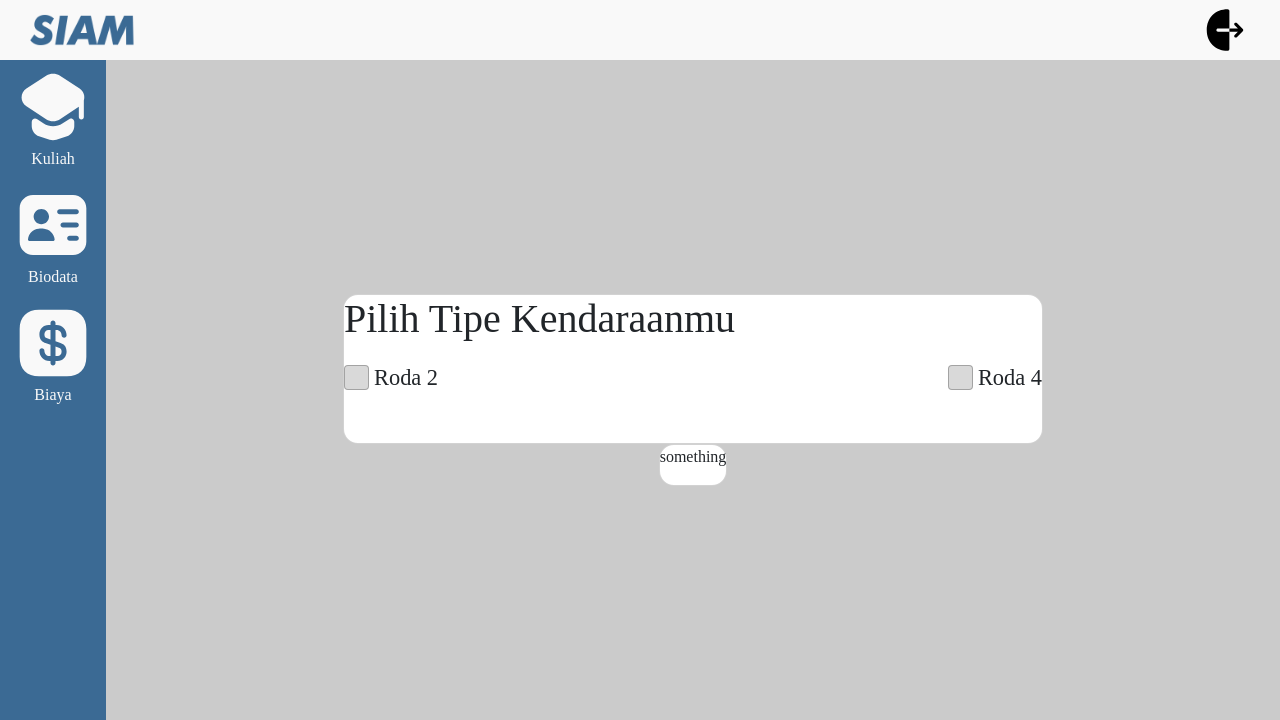
Repository: haikalirf/Project-IMK
Page: parkir.html
The author's editor kept a copy of each file at every save. The page is drawn from the files as they stood at one save, then again after the next save.
The browser window is 1280 px wide. The pictures show the whole page.
Some web fonts or font styles are not loaded; a fallback is used.

Above is the page before, as saved 2022-12-12 22:37:56.

### parkir.html
<!DOCTYPE html>
<html lang="en">
<head>
	<meta charset="UTF-8">
	<meta http-equiv="X-UA-Compatible" content="IE=edge">
	<meta name="viewport" content="width=device-width, initial-scale=1.0">
	<title>SIAM</title>
	<link rel="icon" href="/assets/logo_ub.ico">
	<link rel="stylesheet" href="https://cdn.jsdelivr.net/npm/bootstrap@5.2.3/dist/css/bootstrap.min.css" integrity="sha384-rbsA2VBKQhggwzxH7pPCaAqO46MgnOM80zW1RWuH61DGLwZJEdK2Kadq2F9CUG65" crossorigin="anonymous">
	<link rel="stylesheet" href="/styles/parkir.css">
</head>
<body>
	<nav class="navbar" id="navbar">
		<a class="navbar-brand" href="/kuliah.html">
			<img id="navbar-image" src="/assets/SIAM.png" alt="SIAM">
		</a>
		<a class="navbar-link" href="landing.html">
			<img id="navbar-image" src="/assets/Logout.svg" alt="Logout">
		</a>
	</nav>
	<div class="mh-100" id="sidebar">
		<a class="btn" href="">
			<img id="sidebar-kuliah" src="/assets/Kuliah Logo.svg" alt="Kuliah">
			<label for="sidebar-kuliah">Kuliah</label>
		</a>
		<a class="btn" href="">
			<img id="sidebar-biodata" src="/assets/Biodata Logo.svg" alt="Biodata">
			<label for="sidebar-biodata">Biodata</label>
		</a>
		<a class="btn" href="">
			<img id="sidebar-biaya" src="/assets/Biaya Logo.svg" alt="Biaya">
			<label for="sidebar-biaya">Biaya</label>
		</a>
	</div>
	<main>
		<div class="card" id="cardTop">
			<h1>Pilih Tipe Kendaraanmu</h1>
			<div class="d-flex justify-content-between" id="formRoda">
				<div class="form-check d-flex">
					<input class="form-check-input check-roda" type="checkbox" value="" id="checkRodaDua">
					<label class="form-check-label label-roda" for="checkRodaDua">
						Roda 2
					</label>
				</div>
				<div class="form-check d-flex">
					<input class="form-check-input check-roda" type="checkbox" value="" id="checkRodaEmpat">
					<label class="form-check-label label-roda" for="checkRodaEmpat">
						Roda 4
					</label>
				</div>
			</div>
		</div>
		<div class="card">
			<p>something</p>
		</div>
	</main>
	<script src="https://cdn.jsdelivr.net/npm/bootstrap@5.2.3/dist/js/bootstrap.bundle.min.js" integrity="sha384-kenU1KFdBIe4zVF0s0G1M5b4hcpxyD9F7jL+jjXkk+Q2h455rYXK/7HAuoJl+0I4" crossorigin="anonymous"></script>
</body>
</html>

### styles/parkir.css
/* CSS Reset */
/*
	Josh's Custom CSS Reset
	https://www.joshwcomeau.com/css/custom-css-reset/
*/
*, *::before, *::after {
	box-sizing: border-box;
}
  * {
	margin: 0;
}
html, body {
	height: 100%;
}
body {
	line-height: 1.5;
	-webkit-font-smoothing: antialiased;
}
img, picture, video, canvas, svg {
	display: block;
	max-width: 100%;
}
input, button, textarea, select {
	font: inherit;
}
p, h1, h2, h3, h4, h5, h6 {
	overflow-wrap: break-word;
}
#root, #__next {
	isolation: isolate;
}
/* CSS Reset ends */

body {
	background-color: #cbcbcb;
	font-family: 'readex';
	font-size: 16px;
}

@font-face {
	font-family: 'readex';
	src:url('/assets/fonts/ReadexPro-Medium.ttf');
}

#navbar {
	display: flex;
	justify-content: space-between;
	position: fixed;
	background-color: #f9f9f9;
	z-index: 1;
	width: 100%;
	padding: 0px 30px;
}

#navbar-image {
	height: 50px;
}

main {
	padding-top: 60px;
	padding-left: 106px;
	display: flex;
	flex-direction: column;
	justify-content: center;
	align-items: center;
	height: 100vh;
}

#sidebar {
	background-color: #3b6a94;
	display: flex;
	flex-direction: column;
	flex: 1;
	position: fixed;
	height: 100vh;
	padding-top: 60px;
}

#sidebar img {
	width: 80px;
	height: 80px;
}

a img, a label {
	color: #f9f9f9;
}

.card {
	border-radius: 15px;
}

#cardTop {
	width: 700px;
	height: 150px;
}

#formRoda {
	padding: 10px 0px;
}

.check-roda {
	width: 25px;
	height: 25px;
	background-color: #D9D9D9;
}

.label-roda {
	margin-left: 5px;
	font-size: 1.4em;
}

After the next save:
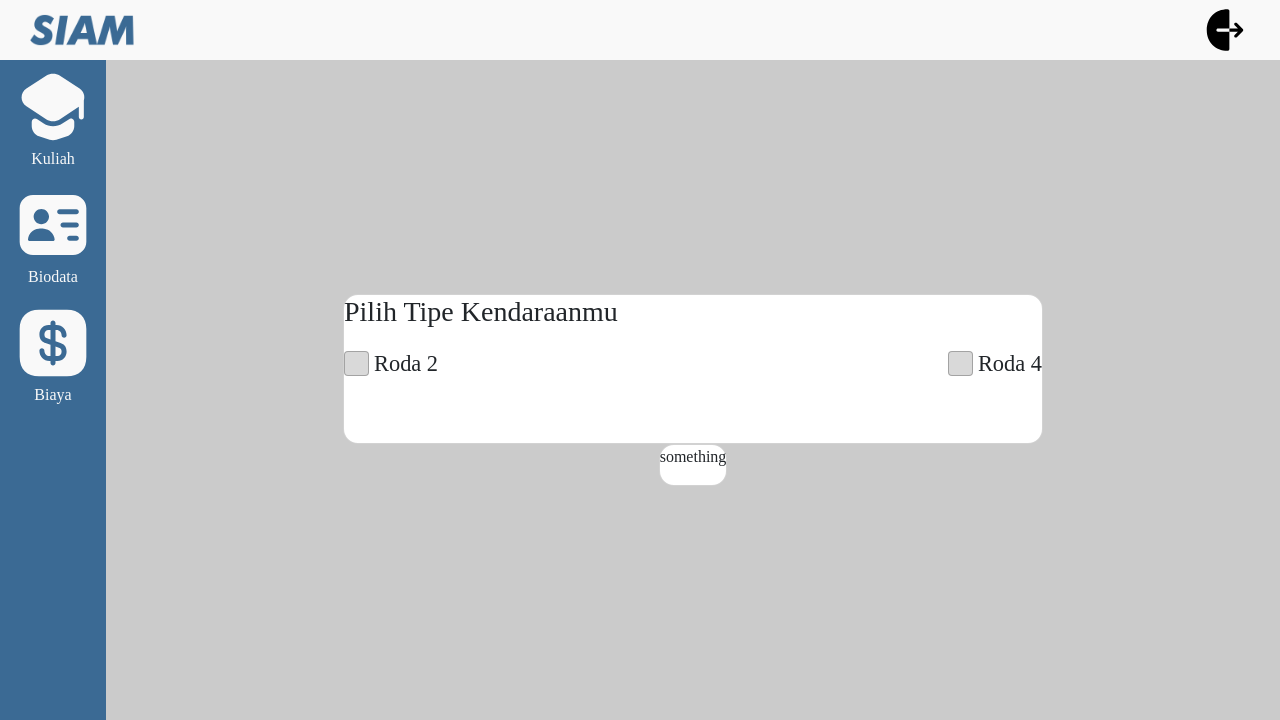
Saved 18 s later.
--- a/parkir.html
+++ b/parkir.html
@@ -34,7 +34,7 @@
 	</div>
 	<main>
 		<div class="card" id="cardTop">
-			<h1>Pilih Tipe Kendaraanmu</h1>
+			<h3>Pilih Tipe Kendaraanmu</h3>
 			<div class="d-flex justify-content-between" id="formRoda">
 				<div class="form-check d-flex">
 					<input class="form-check-input check-roda" type="checkbox" value="" id="checkRodaDua">
